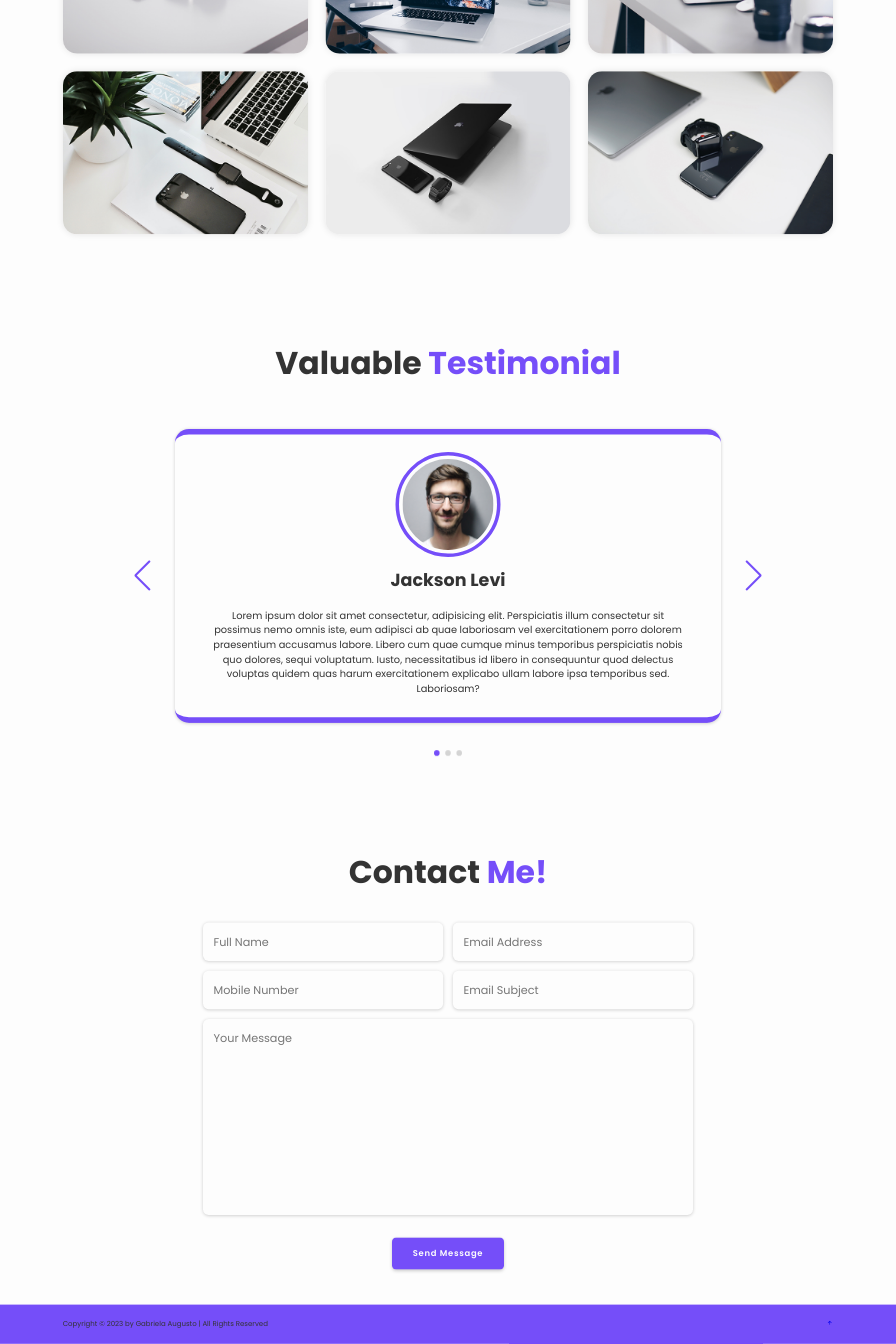
Repository: Gabi-Augusto/Portfolio
Page: index.html
These files come from the project's save history. The page is drawn as it stood at one moment and after the next save; the edit follows.
The browser window is 1280 px wide. The pictures show the part of the page from y = 2474 to 4394 px (the page is 4394 px tall before and 4393 px after), at 70% of full size.

Above is the page before, as saved 2023-11-29 21:12:12.

After the next save:
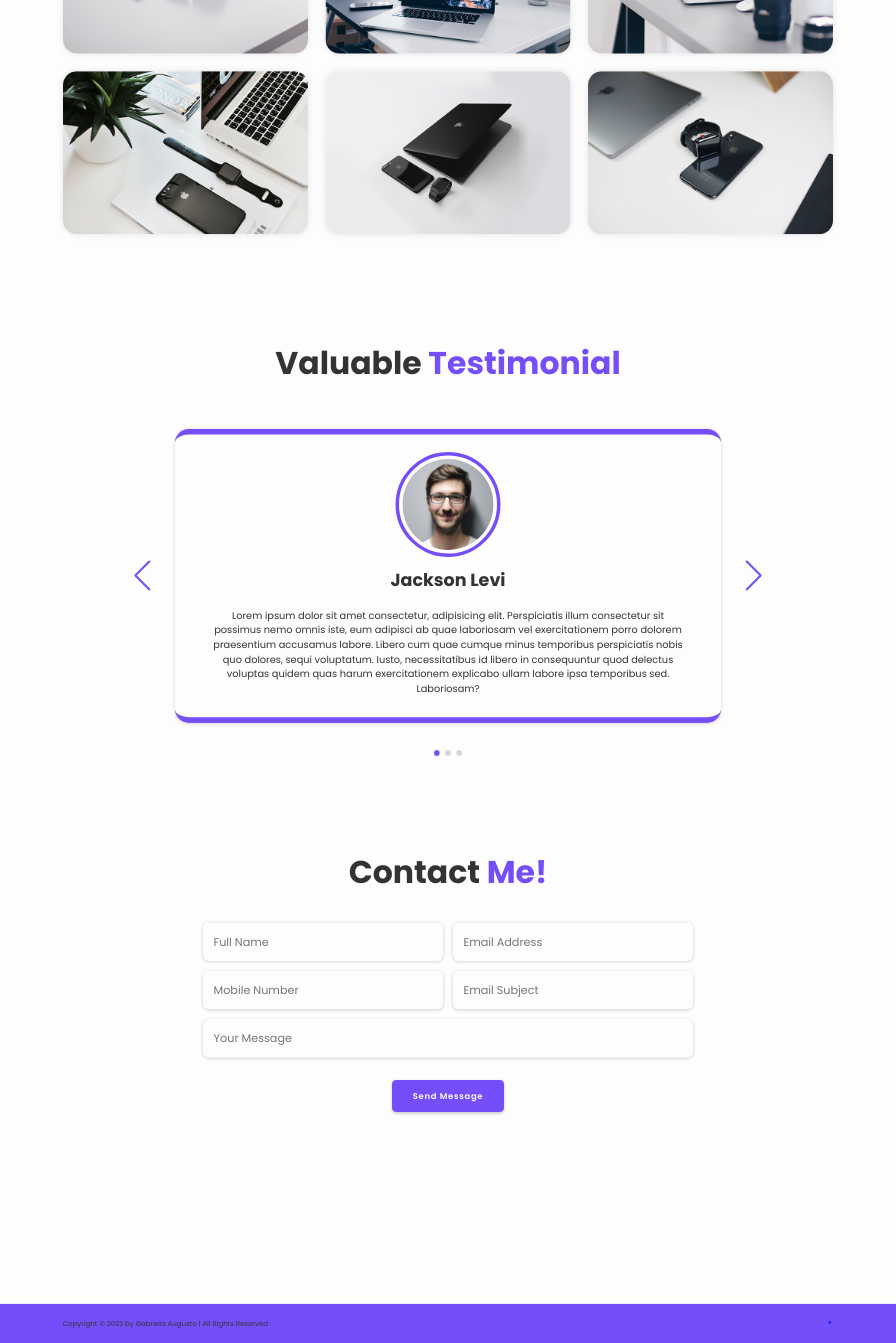
Saved 92 s later.
--- a/index.html
+++ b/index.html
@@ -239,7 +239,7 @@
                 <input type="number" placeholder="Mobile Number">
                 <input type="text" placeholder="Email Subject">
             </div>
-            <textarea name="" id="" cols="30" rows="10" placeholder="Your Message"></textarea>
+            <textarea name="" id="" cols="30" rows="1" placeholder="Your Message"></textarea>
             <input type="submit" value="Send Message" class="btn">
         </form>
     </section>
